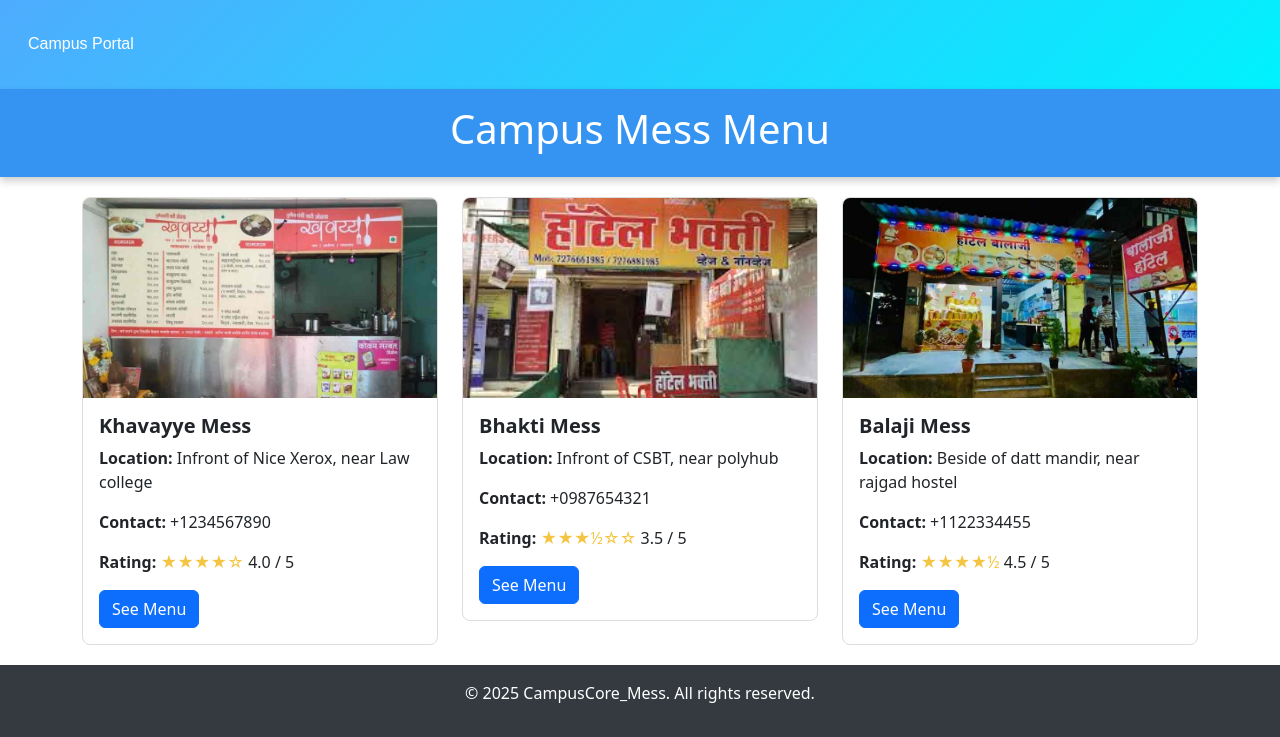
Repository: Pavanrajput123/Campus-Core
Page: http://localhost/Mess_menu
An editor plug-in stored every save of this project. The page is shown before and after the next save, followed by the edit.
The browser window is 1280 px wide. The pictures show the whole page.
The page is this project's Thymeleaf template; nobody is signed in. The template is opened directly, without the code that normally fills it, so the values that code supplies are empty.

Above is the page before, as saved 2025-04-12 07:26:10.

### student-management/src/main/resources/templates/Mess_menu.html
<!DOCTYPE html>
<html xmlns:th="http://www.thymeleaf.org" lang="en">
<head>
  <meta charset="UTF-8">
  <meta name="viewport" content="width=device-width, initial-scale=1.0">
  <title>Campus Mess Menu</title>
  <link href="https://cdn.jsdelivr.net/npm/bootstrap@5.3.0-alpha1/dist/css/bootstrap.min.css" rel="stylesheet">
  <style>
    html, body {
      height: 100%;
      margin: 0;
      display: flex;
      flex-direction: column;
    }

    main {
      flex: 1;
    }

    .mess-card {
      margin: 20px 0;
      border: 1px solid #ddd;
      border-radius: 8px;
      overflow: hidden;
    }

    .mess-card img {
      width: 100%;
      height: 200px;
      object-fit: cover;
    }

    .card-body h5 {
      font-weight: bold;
    }

    header {
      background-color: #3594f2;
      color: white;
      box-shadow: 0 4px 8px rgba(0, 0, 0, 0.2);
    }
    .navbarfirst{
		background: linear-gradient(135deg, #4facfe, #00f2fe);
		  color: white;

		  padding: 2rem 1rem;
		  font-family: 'Poppins', sans-serif;
		  box-shadow: 0 4px 12px rgba(0, 0, 0, 0.2);

	 }
    footer {
      background-color: #343a40;
      color: white;
      text-align: center;
      padding: 1rem;
    }
  </style>
</head>
<body>

  <!-- Navbar -->
  <nav class="navbarfirst">
    <div class="container-fluid">
      <a class="navbar-brand" th:href="@{/dashboard}">Campus Portal</a>
      <button class="navbar-toggler" type="button" data-bs-toggle="collapse" data-bs-target="#navbarNav">
        <span class="navbar-toggler-icon"></span>
      </button>
      <div class="collapse navbar-collapse" id="navbarNav">
        <ul class="navbar-nav ms-auto">
          <li class="nav-item"><a class="nav-link" th:href="@{/mess-menu}">Mess Menu</a></li>
          <li class="nav-item"><a class="nav-link" th:href="@{/hostel}">Hostel Management</a></li>
          <li class="nav-item"><a class="nav-link" th:href="@{/marketplace}">Marketplace</a></li>
          <li class="nav-item"><a class="nav-link" th:href="@{/timetable}">Timetable</a></li>
        </ul>
      </div>
    </div>
  </nav>

  <!-- Header -->
  <header class="py-3 text-center">
    <h1>Campus Mess Menu</h1>
  </header>

  <!-- Main Content -->
  <main>
    <div class="container">
      <div class="row">

        <!-- Mess Card 1 -->
        <div class="col-md-4">
          <div class="card mess-card">
            <img th:src="@{/assets/khavayye2.jpg}" alt="Mess 1 Image">
            <div class="card-body">
              <h5 class="card-title">Khavayye Mess</h5>
              <p class="card-text"><strong>Location:</strong> Infront of Nice Xerox, near Law college</p>
              <p class="card-text"><strong>Contact:</strong> +1234567890</p>
              <p class="card-text">
                <strong>Rating:</strong>
                <span style="color: #f4c542;">&#9733;&#9733;&#9733;&#9733;&#9734;</span> 4.0 / 5
              </p>
              <a th:href="@{/menu1}" class="btn btn-primary">See Menu</a>
            </div>
          </div>
        </div>

        <!-- Mess Card 2 -->
        <div class="col-md-4">
          <div class="card mess-card">
            <img th:src="@{/assets/bhakti.jpeg}" alt="Mess 2 Image">
            <div class="card-body">
              <h5 class="card-title">Bhakti Mess</h5>
              <p class="card-text"><strong>Location:</strong> Infront of CSBT, near polyhub</p>
              <p class="card-text"><strong>Contact:</strong> +0987654321</p>
              <p class="card-text">
                <strong>Rating:</strong>
                <span style="color: #f4c542;">&#9733;&#9733;&#9733;&#189;&#9734;&#9734;</span> 3.5 / 5
              </p>
              <a th:href="@{/menu2}" class="btn btn-primary">See Menu</a>
            </div>
          </div>
        </div>

        <!-- Mess Card 3 -->
        <div class="col-md-4">
          <div class="card mess-card">
            <img th:src="@{/assets/balajimess.jpg}" alt="Mess 3 Image">
            <div class="card-body">
              <h5 class="card-title">Balaji Mess</h5>
              <p class="card-text"><strong>Location:</strong> Beside of datt mandir, near rajgad hostel</p>
              <p class="card-text"><strong>Contact:</strong> +1122334455</p>
              <p class="card-text">
                <strong>Rating:</strong>
                <span style="color: #f4c542;">&#9733;&#9733;&#9733;&#9733;&#189;</span> 4.5 / 5
              </p>
              <a th:href="@{/menu3}" class="btn btn-primary">See Menu</a>
            </div>
          </div>
        </div>

      </div>
    </div>
  </main>

  <!-- Footer -->
  <footer>
    <p>&copy; 2025 CampusCore_Mess. All rights reserved.</p>
  </footer>

  <script src="https://cdn.jsdelivr.net/npm/bootstrap@5.3.0-alpha1/dist/js/bootstrap.bundle.min.js"></script>
</body>
</html>

After the next save:
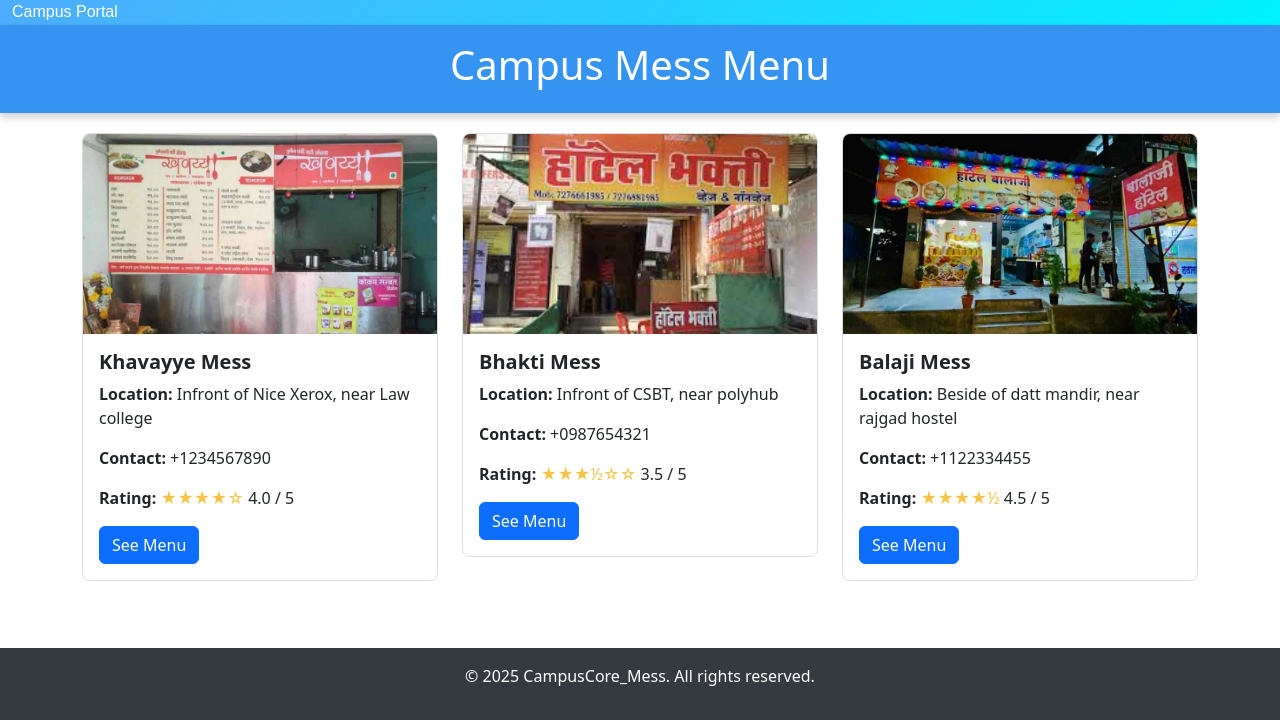
Saved 28 s later.
--- a/student-management/src/main/resources/templates/Mess_menu.html
+++ b/student-management/src/main/resources/templates/Mess_menu.html
@@ -43,7 +43,6 @@
 		background: linear-gradient(135deg, #4facfe, #00f2fe);
 		  color: white;
 
-		  padding: 2rem 1rem;
 		  font-family: 'Poppins', sans-serif;
 		  box-shadow: 0 4px 12px rgba(0, 0, 0, 0.2);
 
